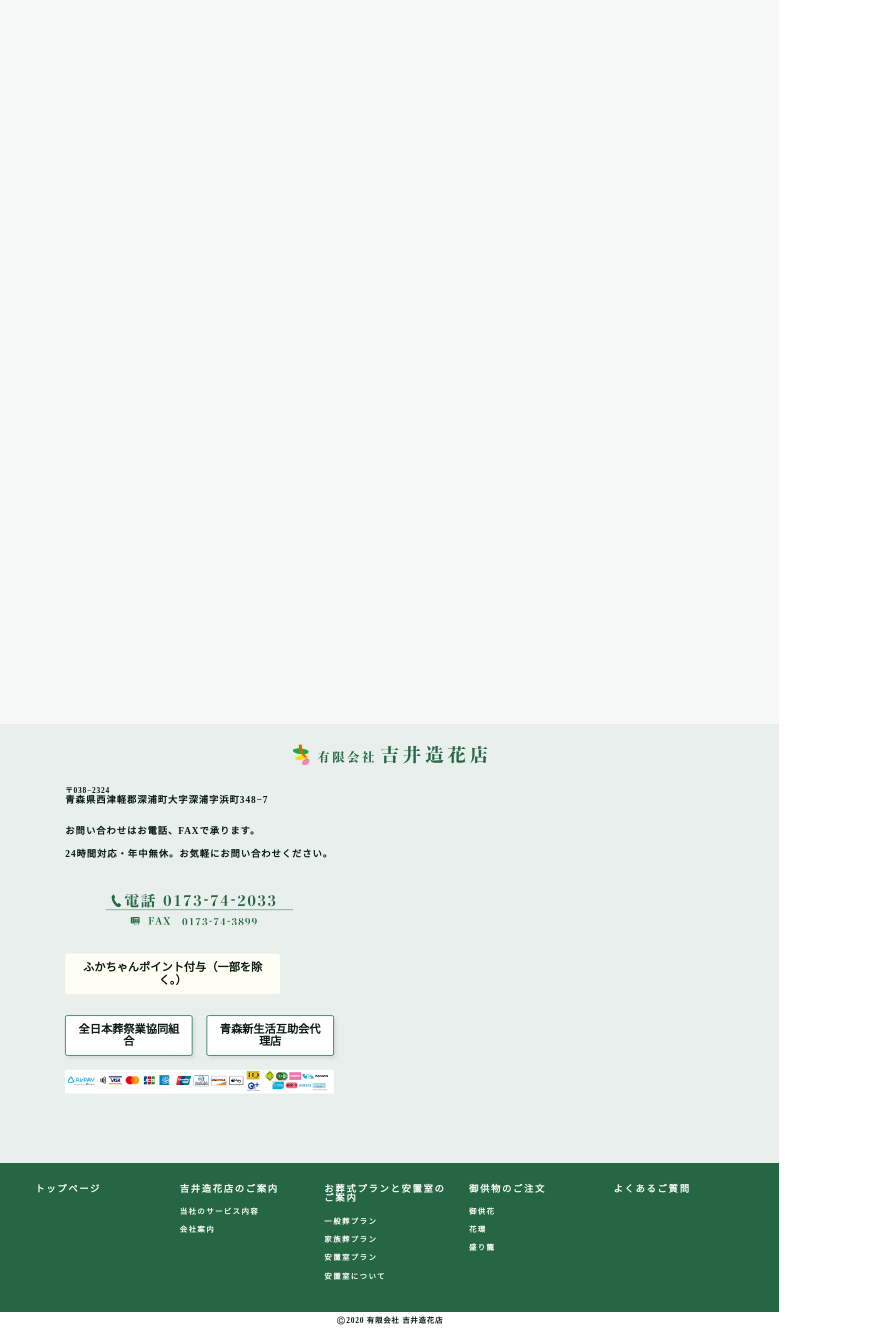
Repository: plus-agc-service-yamauchi/yoshii_scratch_ver3
Page: index.html
An editor plug-in stored every save of this project. The page is shown before and after the next save, followed by the edit.
The browser window is 1280 px wide. The pictures show the part of the page from y = 1786 to 3706 px (the page is 3686 px tall before and 3706 px after), at 70% of full size.
Pictures or frames that could not be fetched are drawn as grey boxes. Some web libraries are served in a nearby version. The style sheet was rebuilt from its Sass, Less or Tailwind sources for each picture, by a compiler version that may differ from the author's.

Above is the page before, as saved 2021-01-28 17:12:43.
Console error (its wording comes from the project's code and is left out).

After the next save:
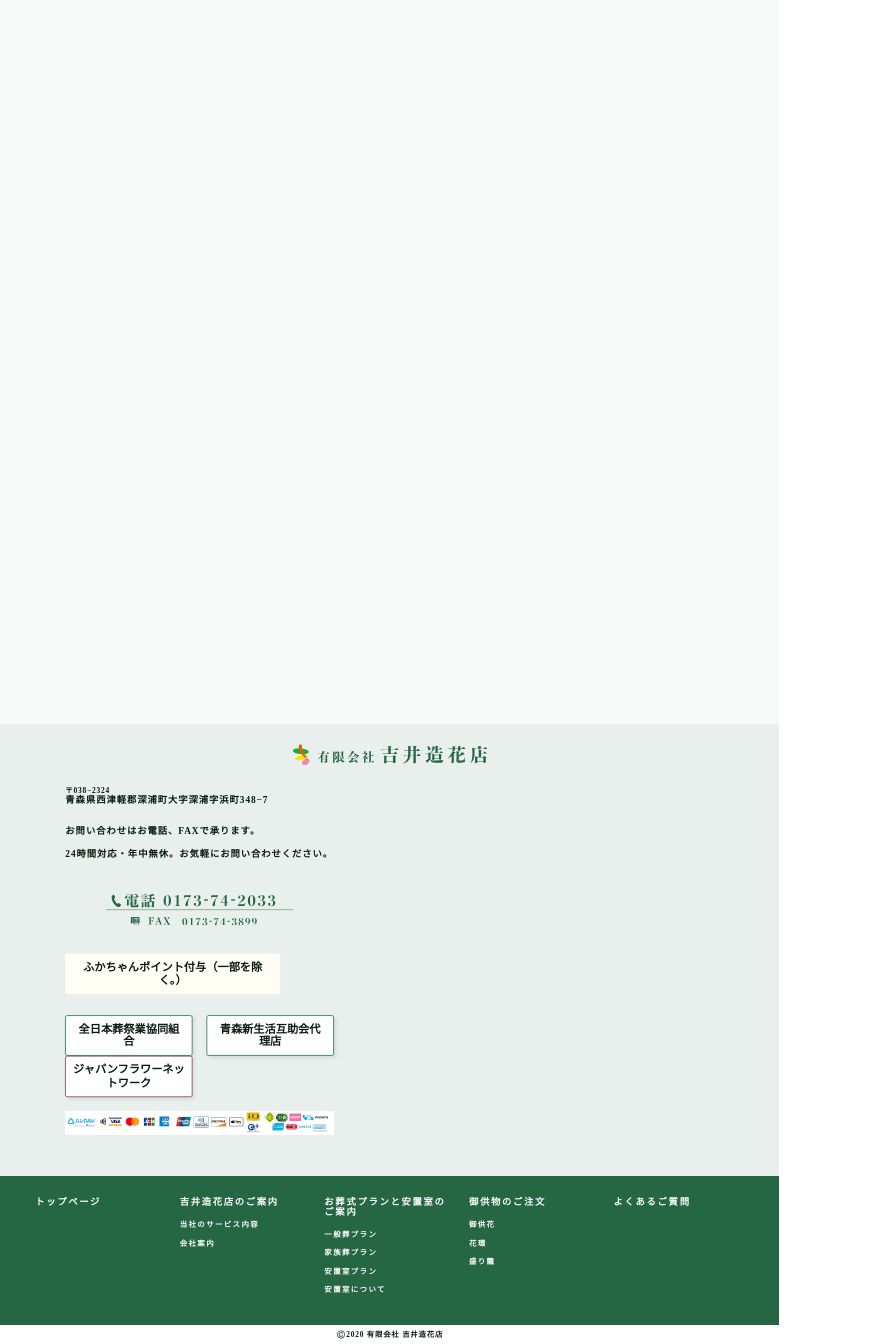
Saved 9 s later.
--- a/index.html
+++ b/index.html
@@ -294,6 +294,7 @@
                                 <div class="grid-sp-2 grid-pc-2 grid-tab-2 grid-col-gap20 mb20">
                                     <a href="https://www.zensoren.or.jp" target="_blank" class="link">全日本葬祭業協同組合</a>
                                     <a href="http://www.younet-aomori.jp/contact.html" target="_blank" class="link">青森新生活互助会代理店</a>
+                                    <a href="http://www.jfn87.co.jp/" target="_blank" class="link2">ジャパンフラワーネットワーク</a>
                                 </div>
                                 <div>
                                     <img src="img/airpay_h.png" alt="" class="img100 img-tab-100 img-pc-100">
@@ -403,17 +404,6 @@
     ga('send', 'pageview')
     </script>
     <script src="https://www.google-analytics.com/analytics.js" async></script>
-<script>
-    $(window).on('scroll', function () {
-var doch = $(document).innerHeight(); //ページ全体の高さ
-var winh = $(window).innerHeight(); //ウィンドウの高さ
-var bottom = doch - winh; //ページ全体の高さ - ウィンドウの高さ = ページの最下部位置
-if (bottom <= $(window).scrollTop()) {
-//一番下までスクロールした時に実行
-console.log("最底辺！");
-}
-});
-</script>
 </body>
 
 </html>
